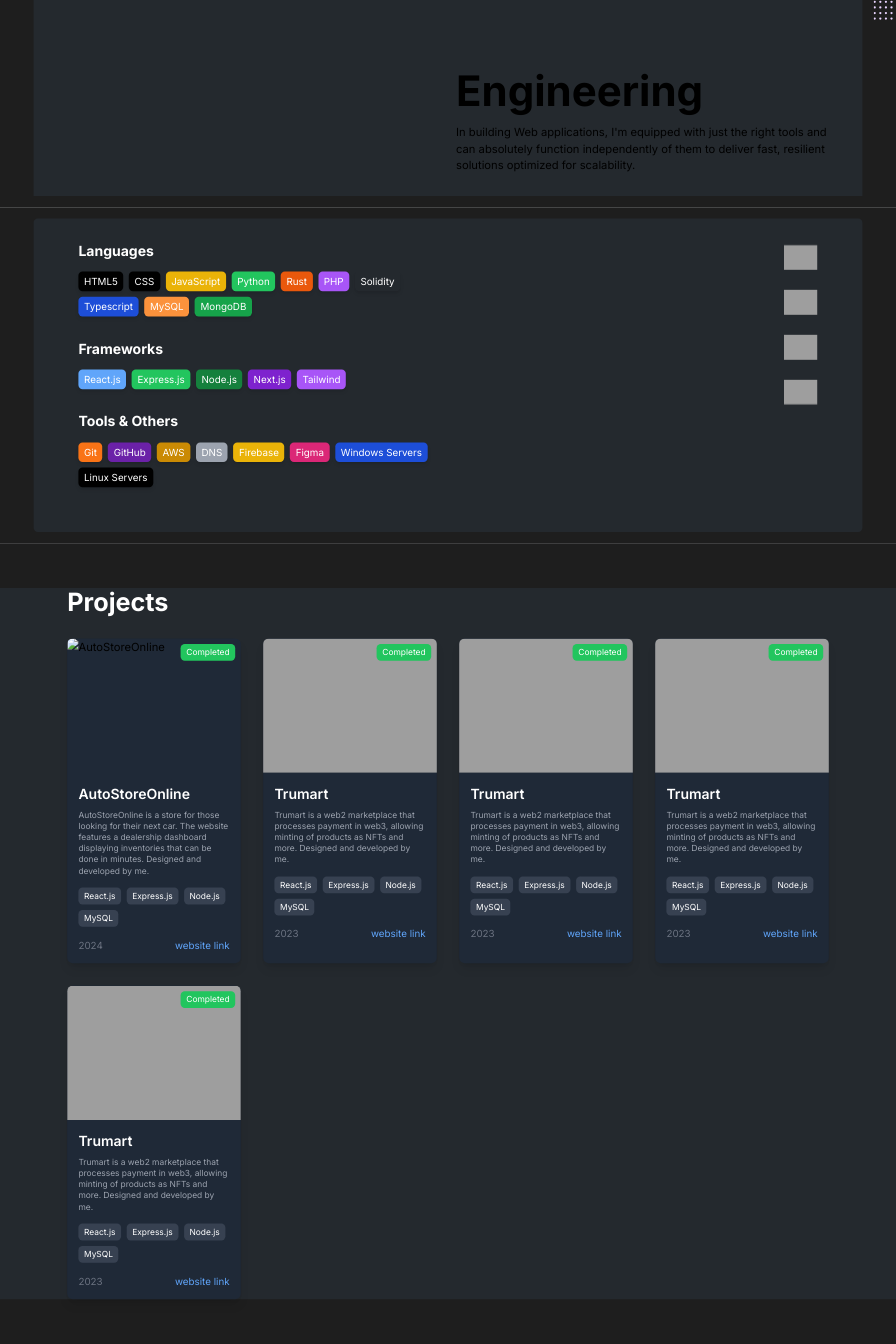
Repository: muhammedctgr/hammedctgr
Page: /
These files come from the project's save history. The page is drawn as it stood at one moment and after the next save; the edit follows.
The browser window is 1280 px wide. The pictures show the part of the page from y = 700 to 2620 px (the page is 2620 px tall), at 70% of full size.
Pictures or frames that could not be fetched are drawn as grey boxes. The project was rebuilt for these pictures with package versions that can differ from the ones it lists, and the page was loaded fresh each time. The framework's server and built-in components were replaced by stand-ins that run in the browser. Also part of the build but not shown: next.config.mjs.

Above is the page before, as saved 2024-08-05 21:55:47.
Not found: public/autostoreonline.jpg

### app/layout.tsx
import type { Metadata } from "next";
import { Inter } from "next/font/google";
import "./globals.css";

const inter = Inter({ subsets: ["latin"] });

export const metadata: Metadata = {
  title: "Popoola Muhammed",
  description: "Generated by create next app",
};

export default function RootLayout({
  children,
}: Readonly<{
  children: React.ReactNode;
}>) {
  return (
    <html lang="en">
      <body className={inter.className}>{children}</body>
    </html>
  );
}

### app/page.tsx
import Head from 'next/head';
import Hero from '../components/Hero';
import SkillsSection from '@/components/SkillsSection';
import SummarySection from '@/components/SummarySection';
import ProjectsSection from '@/components/ProjectsSection';


const Home = () => (
  <div>
    <Head>
      <title>Popoola Muhammed</title>
      <meta name="description" content="Welcome to my developer portfolio" />
    </Head>

    <Hero />
    <SummarySection />
    <SkillsSection />
    <ProjectsSection />
  </div>
);

export default Home;

### app/globals.css
@tailwind base;
@tailwind components;
@tailwind utilities;

:root {
  --foreground-rgb: 0, 0, 0;
  --background-start-rgb: 214, 219, 220;
  --background-end-rgb: 255, 255, 255;
}

@media (prefers-color-scheme: dark) {
  :root {
    --foreground-rgb: 255, 255, 255;
    --background-start-rgb: 0, 0, 0;
    --background-end-rgb: 0, 0, 0;
  }
}

body {
  color: rgb(var(--foreground-rgb));
  background: linear-gradient(
      to bottom,
      transparent,
      rgb(var(--background-end-rgb))
    )
    rgb(var(--background-start-rgb));
}

@layer utilities {
  .text-balance {
    text-wrap: balance;
  }
}


@keyframes upDown {
  0%, 100% {
    transform: translateY(0);
  }
  50% {
    transform: translateY(-10px); /* Adjust the value as needed */
  }
}

.animate-upDown {
  animation: upDown 2s infinite ease-in-out; /* Adjust duration as needed */
}

### components/Hero.tsx
import Image from 'next/image';
import profilePic from '../public/profile.png';
import { AiFillLinkedin, AiFillGithub, AiFillTwitterSquare, AiFillX } from 'react-icons/ai';

const Hero = () => {
  return (
    <section className="bg-gptGray px-4 py-4 md:pt-8 md:px-8 lg:px-12 text-white flex items-center">
  <div className="container bg-githubGray shadow-lg rounded-md mx-auto flex flex-col md:flex-row items-center md:px-8">
    <div className="flex-1 text-left p-4 md:p-8">
      <div className="inline-block bg-blue-600 text-black py-1 px-3 mb-4 rounded-md">
        Hi, I’m
      </div>
      <div className="mb-6">
        <h1 className="text-xl md:text-3xl font-bold">Popoola Muhammed</h1>
        <p className="mt-2 text-lg md:text-xl">Full-Stack Developer, I build and manage</p>
      </div>
      <ul className="mt-4 list-disc list-inside">
        <li>Highly Optimized and Responsive <span className="text-blue-600">FRONT-END</span></li>
        <li>Secure and Scalable <span className="text-blue-600">BACK-END & DATABASE</span></li>
        <li><span className="text-blue-600">IT</span> Infrastructure</li>
      </ul>
      <div className="mt-6">
        <a href="#contact" className="underline">Let’s Connect</a>
        <div className="mt-2 flex justify-start space-x-4">
          <a href="#" className="bg-blue-600 p-2 rounded-md">
            <AiFillLinkedin size={20} />
          </a>
          <a href="#" className="bg-blue-600 p-2 rounded-md">
            <AiFillTwitterSquare size={20} />
          </a>
          <a href="#" className="bg-blue-600 p-2 rounded-md">
            <AiFillGithub size={20} />
          </a>
        </div>
      </div>
    </div>
    <div className="flex-1 p-4 md:p-8">
      <div className="relative w-40 h-40 md:w-72 md:h-72 lg:w-96 lg:h-96 mx-auto">
        <Image src={profilePic} alt="Popoola Muhammed" layout="fill" className="rounded-full object-cover animate-upDown" />
      </div>
    </div>
  </div>
</section>
  );
};

export default Hero;

### components/SkillsSection.tsx
import Image from 'next/image';
import { FC } from 'react';

interface SkillCategory {
  title: string;
  skills: { name: string; color: string; }[];
}

const skills: SkillCategory[] = [
  {
    title: "Languages",
    skills: [
      { name: "HTML5", color: "bg-black" },
      { name: "CSS", color: "bg-black"},
      { name: "JavaScript", color: "bg-yellow-500" },
      { name: "Python", color: "bg-green-500" },
      { name: "Rust", color: "bg-orange-600" },
      { name: "PHP", color: "bg-purple-500" },
      { name: "Solidity", color: "bg-black-500" },
      { name: "Typescript", color: "bg-blue-700" },
      { name: "MySQL", color: "bg-orange-400" },
      { name: "MongoDB", color: "bg-green-600" },
    ],
  },
  {
    title: "Frameworks",
    skills: [
      { name: "React.js", color: "bg-blue-400" },
      { name: "Express.js", color: "bg-green-500" },
      { name: "Node.js", color: "bg-green-700" },
      { name: "Next.js", color: "bg-purple-700" },
      { name: "Tailwind", color: "bg-purple-500" },
    ],
  },
  {
    title: "Tools & Others",
    skills: [
      { name: "Git", color: "bg-orange-500" },
      { name: "GitHub", color: "bg-purple-800" },
      { name: "AWS", color: "bg-yellow-600" },
      { name: "DNS", color: "bg-gray-400" },
      { name: "Firebase", color: "bg-yellow-500" },
      { name: "Figma", color: "bg-pink-600" },
      { name: "Windows Servers", color: "bg-blue-700" },
      { name: "Linux Servers", color: "bg-black" },
    ],
  },
];

const icons = [
  "/icons/html5.svg", // Replace with your icon paths
  "/icons/css3.svg",
  "/icons/javascript.svg",
  "/icons/python.svg",
  // Add the rest of the icons as needed
];

const SkillsSection: FC = () => {
  return (
    <section className="px-4 py-4 md:px-8 lg:px-12 bg-gptGray text-white">
  <div className="container bg-githubGray rounded-md mx-auto flex flex-col md:flex-row items-start md:px-8">
    <div className="flex-1 p-4 md:p-8">
      {skills.map((category) => (
        <div key={category.title} className="mb-8">
          <h2 className="text-lg md:text-xl font-bold mb-4">{category.title}</h2>
          <div className="flex flex-wrap gap-2">
            {category.skills.map((skill) => (
              <span
                key={skill.name}
                className={`px-2 py-1 rounded-md text-sm ${skill.color} shadow-md`}
              >
                {skill.name}
              </span>
            ))}
          </div>
        </div>
      ))}
    </div>
    <div className="flex-1 flex flex-col items-center md:items-end">
      <div className="grid grid-cols-3 md:grid-cols-1 gap-4 p-4 md:p-8">
        {icons.map((src, index) => (
          <div key={index} className="w-10 h-10 md:w-12 md:h-12 relative">
            <Image src={src} alt={`icon-${index}`} layout="fill" objectFit="contain" />
          </div>
        ))}
      </div>
    </div>
  </div>
</section>
  );
};

export default SkillsSection;

### components/SummarySection.tsx
import { FC } from 'react';

const SummarySection: FC = () => {
  return (
<section className="px-4 py-4 md:px-8 lg:px-12 bg-gptGray relative overflow-hidden">
  <div className="container bg-githubGray mx-auto flex flex-col md:flex-row justify-between items-start md:px-8 p-4 md:p-8">
    <div className=" mb-8 md:mb-8">
      <div className="mb-4">
        <span className="text-4xl md:text-6xl font-bold">Software</span>
      </div>
      <p className="text-sm md:text-base">
        I'm probably not the typical dev stationed behind a computer, but building state-of-the-art web apps, optimizing performance for scale and avoiding downtime is where you'll find me.
      </p>
    </div>
    <div className=" md:mt-64">
      <div className="mb-4">
        <span className="text-4xl md:text-6xl font-bold">Engineering</span>
      </div>
      <p className="text-sm md:text-base">
        In building Web applications, I'm equipped with just the right tools and can absolutely function independently of them to deliver fast, resilient solutions optimized for scalability.
      </p>
    </div>
  </div>

  {/* Decorative Elements */}
  <div className="absolute top-1/4 right-0 transform translate-x-4 translate-y-4 md:translate-x-12 md:translate-y-8">
    <svg className="fill-current text-purple-200" width="80" height="80" viewBox="0 0 100 100">
      {/* SVG circles */}
      {[...Array(10)].map((_, row) => (
        <g key={row} transform={`translate(0, ${row * 10})`}>
          {[...Array(10)].map((_, col) => (
            <circle key={col} cx={col * 10 + 2} cy="2" r="2" />
          ))}
        </g>
      ))}
    </svg>
  </div>
</section>
  );
};

export default SummarySection;

### components/ProjectsSection.tsx
import { FC } from 'react';

interface Project {
  title: string;
  description: string;
  technologies: string[];
  date: string;
  status: string;
  image: string;
  link: string;
}

const projects: Project[] = [
  {
    title: "AutoStoreOnline",
    description: "AutoStoreOnline is a store for those looking for their next car. The website features a dealership dashboard displaying inventories that can be done in minutes. Designed and developed by me.",
    technologies: ["React.js", "Express.js", "Node.js", "MySQL"],
    date: "2024",
    status: "Completed",
    image: "/public/autostoreonline.jpg",
    link: "https://example.com",
  },
  {
    title: "Trumart",
    description: "Trumart is a web2 marketplace that processes payment in web3, allowing minting of products as NFTs and more. Designed and developed by me.",
    technologies: ["React.js", "Express.js", "Node.js", "MySQL"],
    date: "2023",
    status: "Completed",
    image: "/images/trumart.jpg",
    link: "https://example.com",
  },
  {
    title: "Trumart",
    description: "Trumart is a web2 marketplace that processes payment in web3, allowing minting of products as NFTs and more. Designed and developed by me.",
    technologies: ["React.js", "Express.js", "Node.js", "MySQL"],
    date: "2023",
    status: "Completed",
    image: "/images/trumart.jpg",
    link: "https://example.com",
  },
  {
    title: "Trumart",
    description: "Trumart is a web2 marketplace that processes payment in web3, allowing minting of products as NFTs and more. Designed and developed by me.",
    technologies: ["React.js", "Express.js", "Node.js", "MySQL"],
    date: "2023",
    status: "Completed",
    image: "/images/trumart.jpg",
    link: "https://example.com",
  },
  {
    title: "Trumart",
    description: "Trumart is a web2 marketplace that processes payment in web3, allowing minting of products as NFTs and more. Designed and developed by me.",
    technologies: ["React.js", "Express.js", "Node.js", "MySQL"],
    date: "2023",
    status: "Completed",
    image: "/images/trumart.jpg",
    link: "https://example.com",
  },
  // Add more projects as needed...
];

const ProjectsSection: FC = () => {
  return (
    <section className="bg-gptGray py-16">
      <div className="container bg-githubGray mx-auto px-4 md:px-12 lg:px-24">
        <h2 className="text-4xl font-bold text-white mb-8">Projects</h2>
        <div className="grid grid-cols-1 sm:grid-cols-3 lg:grid-cols-4 gap-8">
          {projects.map((project, index) => (
            <div key={index} className="bg-gray-800 rounded-lg overflow-hidden shadow-lg">
              <div className="relative w-full h-48">
                <img src={project.image} alt={project.title} className="w-full h-full object-cover" />
                <span className="absolute top-2 right-2 bg-green-500 text-xs text-white px-2 py-1 rounded-md">{project.status}</span>
              </div>
              <div className="p-4">
                <h3 className="text-xl font-semibold text-white mb-2">{project.title}</h3>
                <p className="text-gray-400 text-xs mb-4">{project.description}</p>
                <div className="flex flex-wrap gap-2 mb-4">
                  {project.technologies.map((tech, i) => (
                    <span key={i} className="bg-gray-700 text-white text-xs px-2 py-1 rounded-md">{tech}</span>
                  ))}
                </div>
                <div className="flex justify-between items-center">
                  <span className="text-gray-500 text-sm">{project.date}</span>
                  <a href={project.link} target="_blank" rel="noopener noreferrer" className="text-blue-400 hover:underline text-sm">website link</a>
                </div>
              </div>
            </div>
          ))}
        </div>
      </div>
    </section>
  );
};

export default ProjectsSection;

### tailwind.config.ts
import type { Config } from "tailwindcss";

const config: Config = {
  content: [
    "./pages/**/*.{js,ts,jsx,tsx,mdx}",
    "./components/**/*.{js,ts,jsx,tsx,mdx}",
    "./app/**/*.{js,ts,jsx,tsx,mdx}",
  ],
  theme: {
    extend: {
      backgroundImage: {
        "gradient-radial": "radial-gradient(var(--tw-gradient-stops))",
        "gradient-conic":
          "conic-gradient(from 180deg at 50% 50%, var(--tw-gradient-stops))",
      },
      colors: {
        githubGray: '#24292e',
        gptGray: '#1e1e1e' // Define the exact color
      },
    },
  },
  plugins: [],
};
export default config;

After the next save:
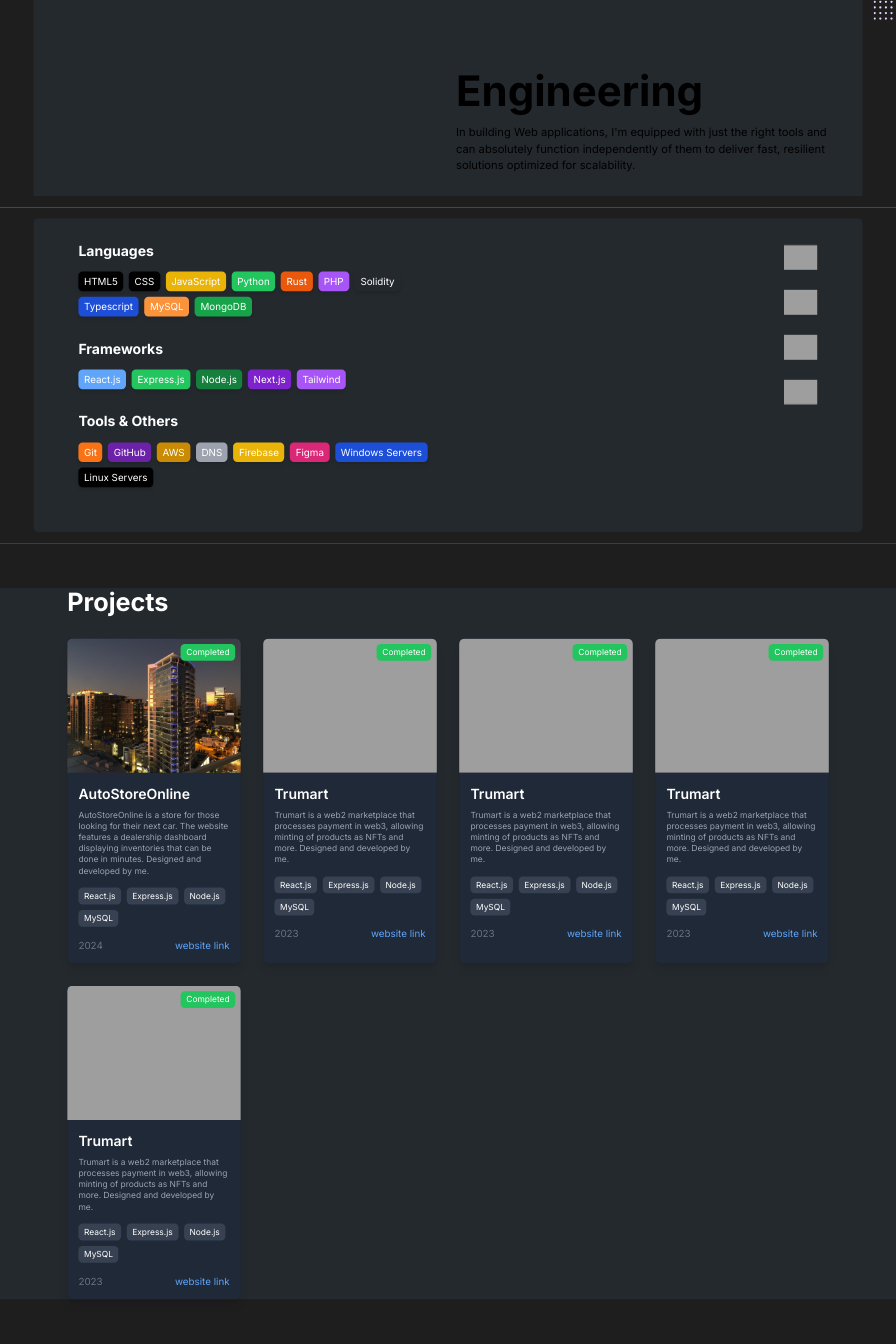
Saved 11 s later.
--- a/components/ProjectsSection.tsx
+++ b/components/ProjectsSection.tsx
@@ -17,7 +17,7 @@ const projects: Project[] = [
     technologies: ["React.js", "Express.js", "Node.js", "MySQL"],
     date: "2024",
     status: "Completed",
-    image: "/public/autostoreonline.jpg",
+    image: "/public/pic1.jpg",
     link: "https://example.com",
   },
   {
